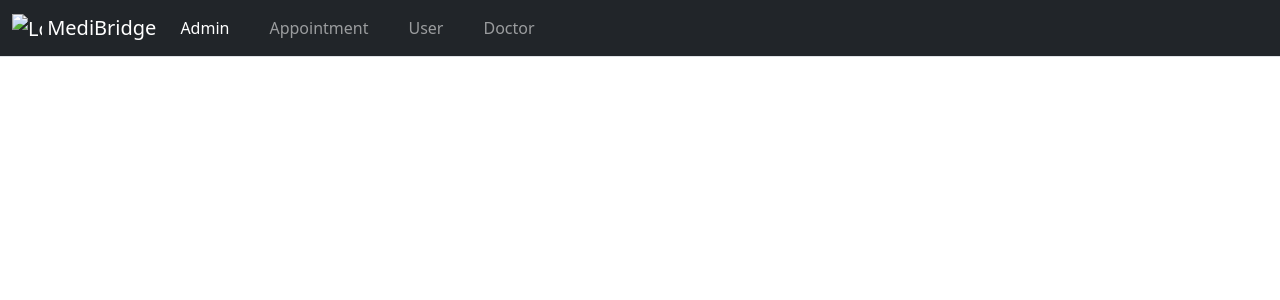
Repository: Abhinavan2004/MediBridge-hms
Page: http://localhost/Hospital_Management_System/User.jsp
These files come from the project's save history. The page is drawn as it stood at one moment and after the next save; the edit follows.
The browser window is 1280 px wide. The pictures show the whole page.
The page is served by Tomcat 9.

Above is the page before, as saved 2025-07-12 22:01:52.

After the next save:
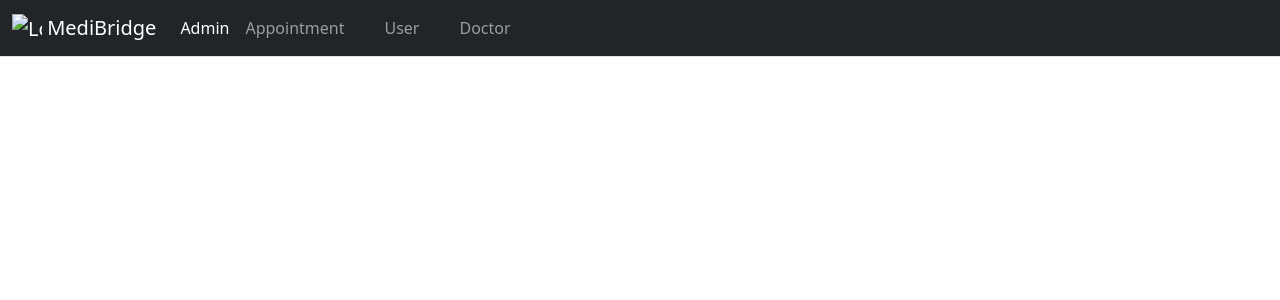
Saved 66 s later.
--- a/Hospital_Management_System/src/main/webapp/components/navbar.jsp
+++ b/Hospital_Management_System/src/main/webapp/components/navbar.jsp
@@ -21,8 +21,8 @@
         </button>
 
         <div class="collapse navbar-collapse" id="navbarNavDropdown">
-            <ul class="navbar-nav sm-auto">
-                <li class="nav-item me-4">
+            <ul class="navbar-nav sm-auto ">
+                <li class="nav-item me-6">
                     <a class="nav-link active" aria-current="page" href="Admin.jsp">Admin</a>
                 </li>
                 <li class="nav-item me-4">

After the save that followed:
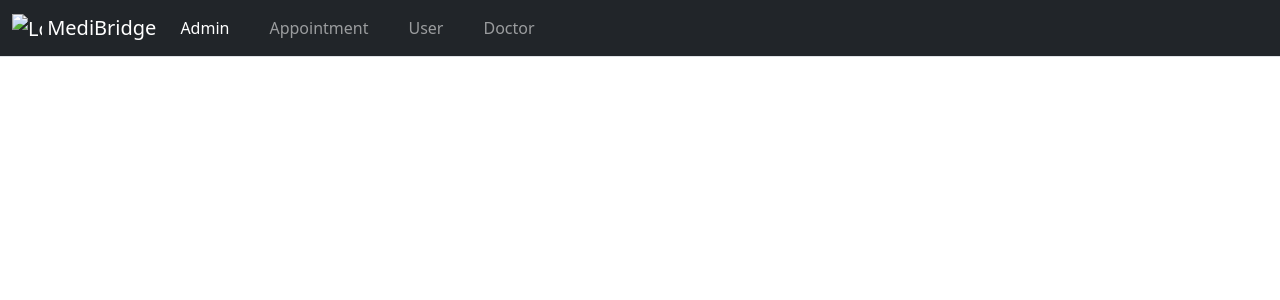
Saved 6 s later.
--- a/Hospital_Management_System/src/main/webapp/components/navbar.jsp
+++ b/Hospital_Management_System/src/main/webapp/components/navbar.jsp
@@ -22,7 +22,7 @@
 
         <div class="collapse navbar-collapse" id="navbarNavDropdown">
             <ul class="navbar-nav sm-auto ">
-                <li class="nav-item me-6">
+                <li class="nav-item me-4">
                     <a class="nav-link active" aria-current="page" href="Admin.jsp">Admin</a>
                 </li>
                 <li class="nav-item me-4">
